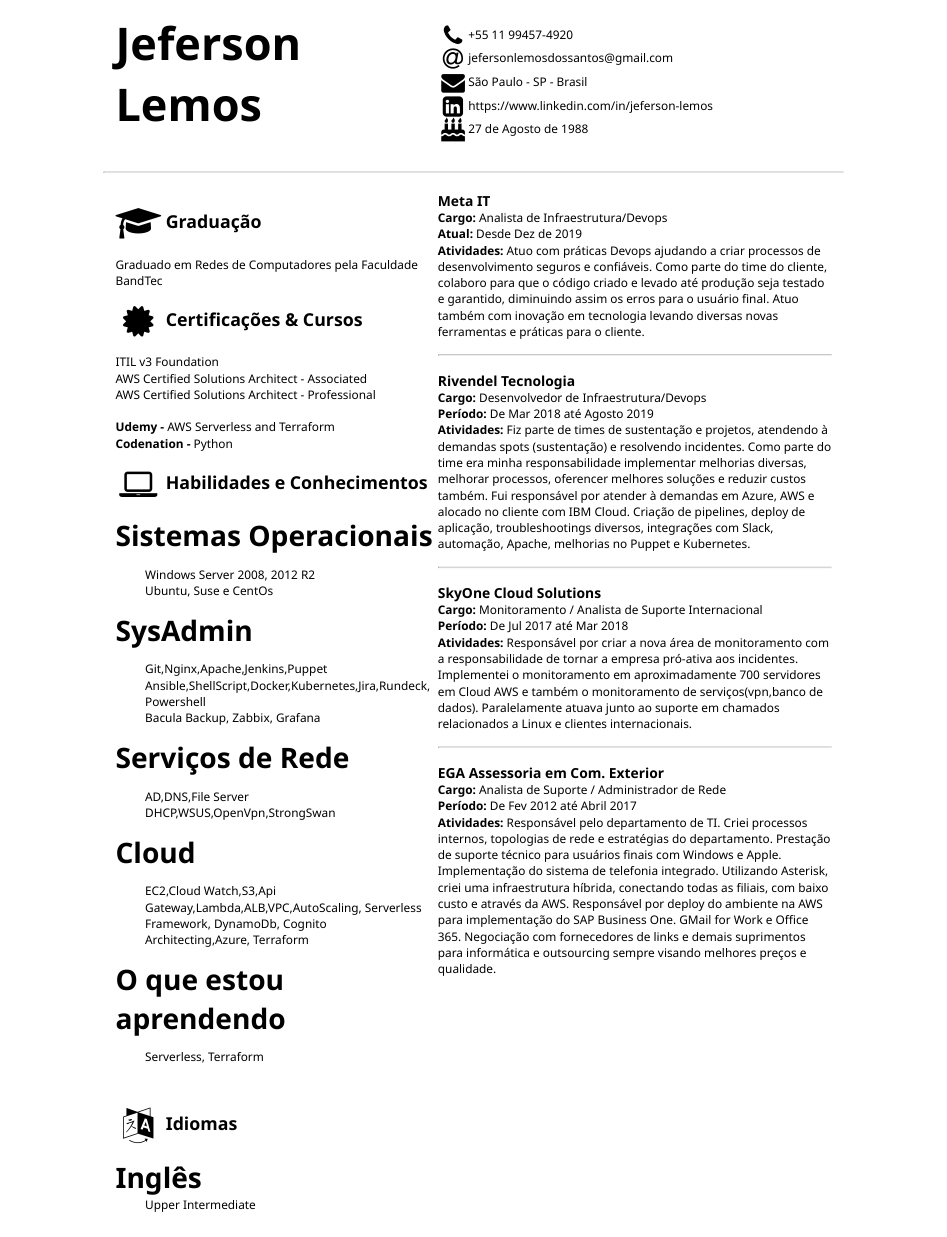
Repository: jefersonlemos/Resume-pt
Page: index.html
These files come from the project's save history. The page is drawn as it stood at one moment and after the next save; the edit follows.
The browser window is 1280 px wide. The pictures show the whole page, at 74% of full size.

Above is the page before, as saved 2020-06-15 12:07:50.

### index.html
<!DOCTYPE html>

<html lang="en">
<head>
    <meta charset="utf-8" />
    <title>Jeferson Lemos PT</title>
    <link rel="stylesheet" href="./css/normalize.css" type="text/css" />
    <link rel="stylesheet" href="./css/app.css" type="text/css" />
    <link rel="stylesheet" href="./css/font-awesome.min.css" type="text/css" />
</head>
<body>
    <div class="content">
        <header>
            <section>
                <h1>Jeferson <br />Lemos</h1>
            </section>
            <section>
                <ul>
                    <li>
                        <i class="fa fa-fw fa-2x fa-phone"></i>+55 11 99457-4920
                    </li>
                    <li>
                        <i class="fa fa-fw fa-2x fa-at"></i>jefersonlemosdossantos@gmail.com
                    </li>
                    <li>
                        <i class="fa fa-fw fa-2x fa-envelope"></i>São Paulo - SP - Brasil
                    </li>
                    <li>
                        <i class="fa fa-fw fa-2x fa-linkedin-square"></i>https://www.linkedin.com/in/jeferson-lemos
                    </li>
                    <li>
                        <i class="fa fa-fw fa-2x fa-birthday-cake"></i>27 de Agosto de 1988
                    </li>
                </ul>
            </section>
        </header>
        <hr />
        <main>
            <section>
                <article>
                    <h2><i class="fa fa-fw fa-2x fa-graduation-cap"></i> Graduação</h2>
                        Graduado em Redes de Computadores pela Faculdade BandTec

                </article>
                <article>
                    <h2><i class="fa fa-fw fa-2x fa-certificate"></i> Certificações & Cursos</h2>

                        ITIL v3 Foundation </br>
                        AWS Certified Solutions Architect - Associated </br>
                        AWS Certified Solutions Architect - Professional</br>
						</br>

					<b>Udemy - </b>AWS Serverless and Terraform</br>
					<b>Codenation - </b> Python </br>

                </article>
				 <article>
                    <h2><i class="fa fa-fw fa-2x fa-laptop"></i> Habilidades e Conhecimentos</h2>
                    <dl>
                        <dt>Sistemas Operacionais</dt>
                        <dd>
                            <ul>
                                <li>Windows Server 2008, 2012 R2</li>
                                <li>Ubuntu, Suse e CentOs</li>
                            </ul>
                        </dd>
                        <dt>SysAdmin</dt>
                        <dd>
                            <ul>
                                <li>Git,Nginx,Apache,Jenkins,Puppet</li>
                                <li>Ansible,ShellScript,Docker,Kubernetes,Jira,Rundeck, Powershell </li>
                                <li>Bacula Backup, Zabbix, Grafana</li>

                            </ul>
                        </dd>
                        <dt>Serviços de Rede</dt>
                        <dd>
                            <ul>
                                <li>AD,DNS,File Server DHCP,WSUS,OpenVpn,StrongSwan</li>
                            </ul>
                        </dd>
                        <dt>Cloud</dt>
                        <dd>
                            <ul>
                                <li>EC2,Cloud Watch,S3,Api Gateway,Lambda,ALB,VPC,AutoScaling, Serverless Framework, DynamoDb, Cognito</li>
                                <li>Architecting,Azure, Terraform </li>
                            </ul>
                        </dd>
                        <dt>O que estou aprendendo</dt>
                        <dd>
                            <ul>
                                <li>Serverless, Terraform</li>
                            </ul>
                        </dd>
                    </dl>
                </article>
                <br />
                <article>
                    <h2><i class="fa fa-fw fa-2x fa-language"></i> Idiomas</h2>
                    <dl>
                        <dt>Inglês</dt>
                        <dd>Upper Intermediate</dd>
                    </dl>
                </article>
            </section>
            <section>
                <article>
                    <h3>Meta IT</h3>
                    <strong>Cargo:</strong> Analista de Infraestrutura/Devops <br />
                    <strong>Atual:</strong> Desde Dez de 2019<br />
                    <strong>Atividades:</strong> Atuo com práticas Devops ajudando a criar processos de desenvolvimento seguros e confiáveis. Como parte do time do cliente,
                     colaboro para que o código criado e levado até produção seja testado e garantido, diminuindo assim os erros para o usuário final.
                     Atuo também com inovação em tecnologia levando diversas novas ferramentas e práticas para o cliente.
                    <hr />
					<h3>Rivendel Tecnologia</h3>
                    <strong>Cargo:</strong> Desenvolvedor de Infraestrutura/Devops <br />
                    <strong>Período:</strong> De Mar 2018 até Agosto 2019<br />
                    <strong>Atividades:</strong> Fiz parte de times de sustentação e projetos, atendendo à demandas spots (sustentação) e resolvendo incidentes.
                    Como parte do time era minha responsabilidade implementar melhorias diversas, melhorar processos, oferencer melhores soluções e reduzir custos também.
                    Fui responsável por atender à demandas em Azure, AWS e alocado no cliente com IBM Cloud. Criação de pipelines, deploy de aplicação, troubleshootings diversos,
                     integrações com Slack, automação, Apache, melhorias no Puppet e Kubernetes.
                    <hr />
		            <h3>SkyOne Cloud Solutions</h3>
                    <strong>Cargo:</strong> Monitoramento / Analista de Suporte Internacional <br />
                    <strong>Período:</strong> De Jul 2017 até Mar 2018<br />
                    <strong>Atividades:</strong> Responsável por criar a nova área de monitoramento com a responsabilidade de tornar a empresa pró-ativa aos incidentes.
                    Implementei o monitoramento em aproximadamente 700 servidores em Cloud AWS e também o monitoramento de serviços(vpn,banco de dados).
			        Paralelamente atuava junto ao suporte em chamados relacionados a Linux e clientes internacionais.
                    <hr />
                    <h3>EGA Assessoria em Com. Exterior</h3>
                    <strong>Cargo:</strong> Analista de Suporte / Administrador de Rede  <br />
                    <strong>Período:</strong> De Fev 2012 até Abril 2017<br />
                    <strong>Atividades:</strong> Responsável pelo departamento de TI. Criei processos internos, topologias de rede e estratégias do departamento.
                    Prestação de suporte técnico para usuários finais com Windows e Apple. Implementação do sistema de telefonia integrado. Utilizando Asterisk,
                    criei uma infraestrutura híbrida, conectando todas as filiais, com baixo custo e através da AWS. Responsável por deploy do ambiente na AWS para
                    implementação do SAP Business One. GMail for Work e Office 365. Negociação com fornecedores de links e demais suprimentos para informática e outsourcing
                    sempre visando melhores preços e qualidade.
                    <!-- <hr />
                    <h3>Kosmos Tecnologia</h3>
                    <strong>Cargo:</strong> Empreendedor<br />
                    <strong>Período:</strong> De Nov 2009 até Fev 2012<br />
                    <strong>Atividades:</strong> Eu fui um empreendedor e fui responsável por prover suporte técnico (hardware e software) para os clientes.
                    Fui também responsável por procurar novos clientes.
                    Prestei consultoria para pequenas empresas montando novos escritórios, criando websites, politicas de rede, backups e melhorias na rede.
                    Migrei um grande site chamado famosidades.com.br de um pequeno hosting para um hosting maior e mais seguro, migrei de Windows para Linux.
                    <hr /> -->
                   <!-- <h3>Stefanini IT Solutions</h3>
                    <strong>Cargo:</strong> Analista de Suporte I & II<br />
                    <strong>Periodo:</strong> De Nov 2008 até Nov 2009<br />
                    <strong>Atividades :</strong> Meu primeiro emprego, eu prestei suporte técnico em início de carreira. Participei de um projeto de migração de
                    1000 hosts de um domínio Windows 2003 para um novo domínio WIndows 2008.
                    <hr />-->
                </article>
            </section>
        </main>
        <footer>

        </footer>
    </div>
</body>
</html>

### css/app.css
body {
    font-family: 'Segoe UI', sans-serif;
}

.content {
    width: 1000px;
    margin: 0 auto;
}

header,
main {
    display: flex;
    padding: 1rem;
}

    header section,
    main section {
        -ms-flex: 1;
        flex: 1;
    }
    header section:first-child,
    main section:first-child {
        max-width: 45%;
    }

header h1 {
    font-size: 3.8rem;
    margin: 0;
}
main h3 {
    margin: 0;
}
main hr {
    margin: 20px 0;
}
header .fa,
main .fa {
    vertical-align: middle;
}
ul {
    list-style: none;
    padding: 0;
}

dt {
    font-weight: bold;
    font-size: 38px;
}

Loaded but not shown: css/normalize.css (library); css/font-awesome.min.css (library)

After the next save:
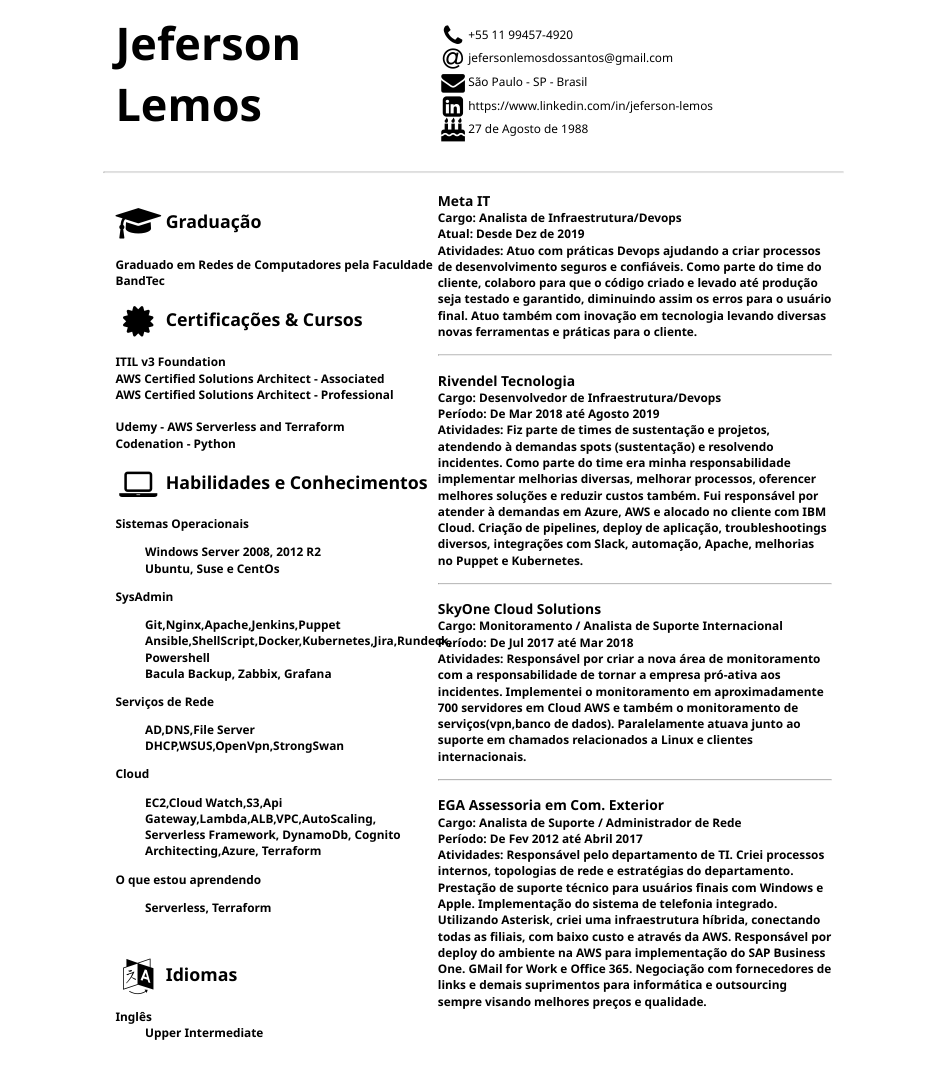
Saved 38 s later.
--- a/css/app.css
+++ b/css/app.css
@@ -44,5 +44,8 @@ ul {
 
 dt {
     font-weight: bold;
-    font-size: 38px;
 }
+
+article {
+    font-weight: bold;
+}
